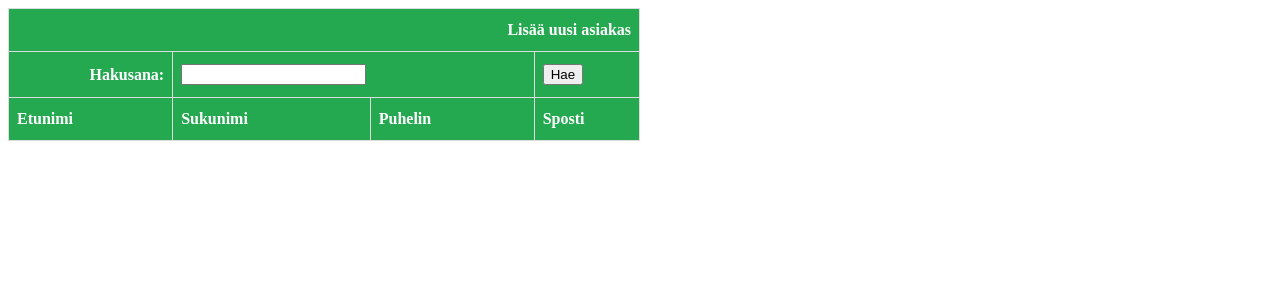
Repository: Lateh13/Asiakkaat
Page: http://localhost/Asiakkaat/listaaasiakkaat.jsp
The author's editor kept a copy of each file at every save. The page is drawn from the files as they stood at one save, then again after the next save.
The browser window is 1280 px wide. The pictures show the whole page.
The page is served by Tomcat 9. Other server files are loaded and not shown. Queries for data that is not in the repository find no rows.

Above is the page before, as saved 2020-04-29 16:06:04.

### Asiakkaat/WebContent/listaaasiakkaat.jsp
<%@ page language="java" contentType="text/html; charset=ISO-8859-1"
    pageEncoding="ISO-8859-1"%>
<!DOCTYPE html>
<html>
<head>
<meta charset="ISO-8859-1">
<script src="https://ajax.googleapis.com/ajax/libs/jquery/3.4.1/jquery.min.js"></script>
<link rel="stylesheet" type="text/css" href="css/main.css">
<title>Asiakkaat</title>
</head>
<body>
<table id="listaus">
	<thead>
		<tr>
			<th colspan="4" class="oikealle"><span id="uusiAsiakas">Lisää uusi asiakas</span></th>
		</tr>
		<tr>
			<th class="oikealle">Hakusana:</th>
			<th colspan="2"><input type="text" name="haku" id="haettava" size="20"></th>
			<th><input type="submit" value="Hae" id="hakunappi"></th>
		</tr>
  		<tr>
	    	<th>Etunimi</th>
	    	<th>Sukunimi</th>
	    	<th>Puhelin</th>
	   		<th>Sposti</th>
	   	</tr>
	</thead>
	<tbody>
	</tbody>
</table>
<script>
$(document).ready(function() {
	haeAsiakkaat();

	$("#uusiAsiakas").click(function() {
		document.location="lisaaasiakas.jsp";
	});

	$("#hakunappi").click(function() {
		haeAsiakkaat();

	});
	$(document.body).on("keydown", function(event) {
		if(event.which == 13) {
			haeAsiakkaat();
		}
	});
});

function haeAsiakkaat() {
	$("#listaus tbody").empty();
	$.ajax({url:"asiakkaat/"+$("#haettava").val(), type:"GET", dataType:"json", success:function(result) {
		$.each(result.asiakkaat, function(i, field) {
			var htmlStr;
			htmlStr+="<tr>";
			htmlStr+="<td>"+field.etunimi+"</td>";
			htmlStr+="<td>"+field.sukunimi+"</td>";
			htmlStr+="<td>"+field.puhelin+"</td>";
			htmlStr+="<td>"+field.sposti+"</td>";
			htmlStr+="</tr>";
			$("#listaus tbody").append(htmlStr);
		});
	}});
};

</script>
</body>
</html>

### Asiakkaat/WebContent/css/main.css
@charset "ISO-8859-1";
table {
	border-collapse: collapse;
	width: 50%
}

table td, table th {
  border: 1px solid #ddd;
  padding: 8px;
}

table tbody tr:nth-child(even){
	background-color: #f2f2f2;
}

table tbody tr:hover {
	background-color: #ddd;
}

table th {
  padding-top: 12px;
  padding-bottom: 12px;
  text-align: left;
  background-color: #24a850;;
  color: white;
}

.poista{
	color: red;
	text-decoration: underline;
	cursor: pointer;
}

.oikealle{
	text-align: right;

}

#uusiAuto, #takaisin{
	color: white;
	cursor: pointer;
}

### Asiakkaat/src/control/Asiakkaat.java
package control;

import java.io.IOException;
import java.io.PrintWriter;
import java.util.ArrayList;
import javax.servlet.ServletException;
import javax.servlet.annotation.WebServlet;
import javax.servlet.http.HttpServlet;
import javax.servlet.http.HttpServletRequest;
import javax.servlet.http.HttpServletResponse;
import model.Asiakas;
import model.dao.Dao;
import org.json.JSONObject;


@WebServlet("/asiakkaat/*")
public class Asiakkaat extends HttpServlet {
	private static final long serialVersionUID = 1L;

    public Asiakkaat() {
        super();
        System.out.println("Asiakkaat.Asiakkaat()");
    }

	protected void doGet(HttpServletRequest request, HttpServletResponse response) throws ServletException, IOException {
		System.out.println("Asiakkaat.doGet()");
		String pathInfo = request.getPathInfo();
		String hakusana = pathInfo.replace("/", "");
		Dao dao = new Dao();
		ArrayList<Asiakas> asiakkaat = dao.listaaKaikki(hakusana);
		System.out.println(asiakkaat);
		String strJSON = new JSONObject().put("asiakkaat", asiakkaat).toString();
		response.setContentType("application/json");
		PrintWriter out = response.getWriter();
		out.println(strJSON);
	}

	protected void doPost(HttpServletRequest request, HttpServletResponse response) throws ServletException, IOException {
		System.out.println("Asiakkaat.doPost()");
		JSONObject jsonObj = new JsonStrToObj().convert(request);
		Asiakas asiakas = new Asiakas();
		asiakas.setEtunimi(jsonObj.getString("etunimi"));
		asiakas.setSukunimi(jsonObj.getString("sukunimi"));
		asiakas.setPuhelin(jsonObj.getString("puhelin"));
		asiakas.setSposti(jsonObj.getString("sposti"));
		response.setContentType("application/json");
		PrintWriter out = response.getWriter();
		Dao dao = new Dao();
		if (dao.lisaaAsiakas(asiakas)) {
			out.println("{\"response\":1}");
		} else {
			out.println("{\"response\":0}");
		}
	}

	protected void doPut(HttpServletRequest request, HttpServletResponse response) throws ServletException, IOException {
		System.out.println("Asiakkaat.doPut()");
	}

	protected void doDelete(HttpServletRequest request, HttpServletResponse response) throws ServletException, IOException {
		System.out.println("Asiakkaat.do()");
	}
}

### Asiakkaat/src/model/dao/Dao.java
package model.dao;

import java.sql.Connection;
import java.sql.DriverManager;
import java.sql.PreparedStatement;
import java.sql.ResultSet;
import java.util.ArrayList;
import model.Asiakas;

public class Dao {
	private Connection connection = null;
	private ResultSet rs = null;
	private PreparedStatement stmtPrep = null;
	private String sql;
	private String db = "Myynti.sqlite";

	private Connection yhdista() {
		Connection connection = null;
		String path = System.getProperty("catalina.base");
		path += "/webapps/";
		String url = "jdbc:sqlite:" + path + db;
		try {
			Class.forName("org.sqlite.JDBC");
			connection = DriverManager.getConnection(url);
			System.out.println("Yhteys avattu.");
		} catch (Exception e) {
			System.out.println("Yhteyden avaaminen epäonnistui.");
			e.printStackTrace();
		}
		return connection;
	}

	public ArrayList<Asiakas> listaaKaikki() {
		ArrayList<Asiakas> asiakkaat = new ArrayList<Asiakas>();
		sql = "SELECT * FROM asiakkaat";
		try {
			connection = yhdista();
			if (connection != null) {
				stmtPrep = connection.prepareStatement(sql);
				rs = stmtPrep.executeQuery();
				if (rs != null) {
					while(rs.next()) {
						Asiakas asiakas = new Asiakas();
						asiakas.setId(rs.getInt(1));
						asiakas.setEtunimi(rs.getString(2));
						asiakas.setSukunimi(rs.getString(3));
						asiakas.setPuhelin(rs.getString(4));
						asiakas.setSposti(rs.getString(5));
						asiakkaat.add(asiakas);
					}
				}
			}
			connection.close();
		} catch (Exception e) {
			e.printStackTrace();
		}
		return asiakkaat;
	}

	public ArrayList<Asiakas> listaaKaikki(String haku) {
		ArrayList<Asiakas> asiakkaat = new ArrayList<Asiakas>();
		sql = "SELECT * FROM asiakkaat WHERE etunimi LIKE ? OR sukunimi LIKE ? OR puhelin LIKE ? or sposti LIKE ?";
		try {
			connection = yhdista();
			if (connection != null) {
				stmtPrep = connection.prepareStatement(sql);
				stmtPrep.setString(1, "%" + haku +"%");
				stmtPrep.setString(2, "%" + haku +"%");
				stmtPrep.setString(3, "%" + haku +"%");
				stmtPrep.setString(4, "%" + haku +"%");
				rs = stmtPrep.executeQuery();
				if (rs != null) {
					while(rs.next()) {
						Asiakas asiakas = new Asiakas();
						asiakas.setId(rs.getInt(1));
						asiakas.setEtunimi(rs.getString(2));
						asiakas.setSukunimi(rs.getString(3));
						asiakas.setPuhelin(rs.getString(4));
						asiakas.setSposti(rs.getString(5));
						asiakkaat.add(asiakas);
					}
				}
			}
			connection.close();
		} catch (Exception e) {
			e.printStackTrace();
		}
		return asiakkaat;
	}

	public boolean lisaaAsiakas(Asiakas asiakas) {
		boolean paluuArvo = true;
		sql = "INSERT INTO asiakkaat VALUES(?,?,?,?)";
		try {
			connection = yhdista();
			stmtPrep = connection.prepareStatement(sql);
			stmtPrep.setString(1, asiakas.getEtunimi());
			stmtPrep.setString(2, asiakas.getSukunimi());
			stmtPrep.setString(3, asiakas.getPuhelin());
			stmtPrep.setString(4, asiakas.getSposti());
			stmtPrep.executeUpdate();
			connection.close();
		} catch (Exception e) {
			e.printStackTrace();
			paluuArvo = false;
		}
		return paluuArvo;
	}
}

After the next save:
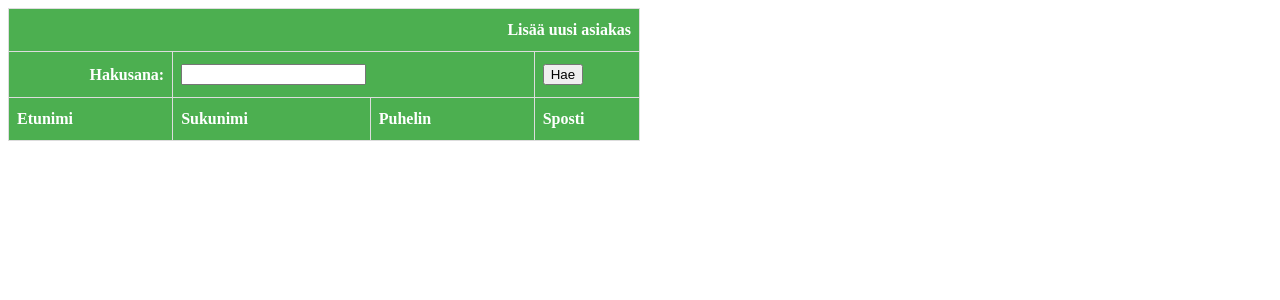
Saved 9 s later.
--- a/Asiakkaat/WebContent/css/main.css
+++ b/Asiakkaat/WebContent/css/main.css
@@ -21,7 +21,7 @@ table th {
   padding-top: 12px;
   padding-bottom: 12px;
   text-align: left;
-  background-color: #24a850;;
+  background-color: #4CAF50;
   color: white;
 }
 
